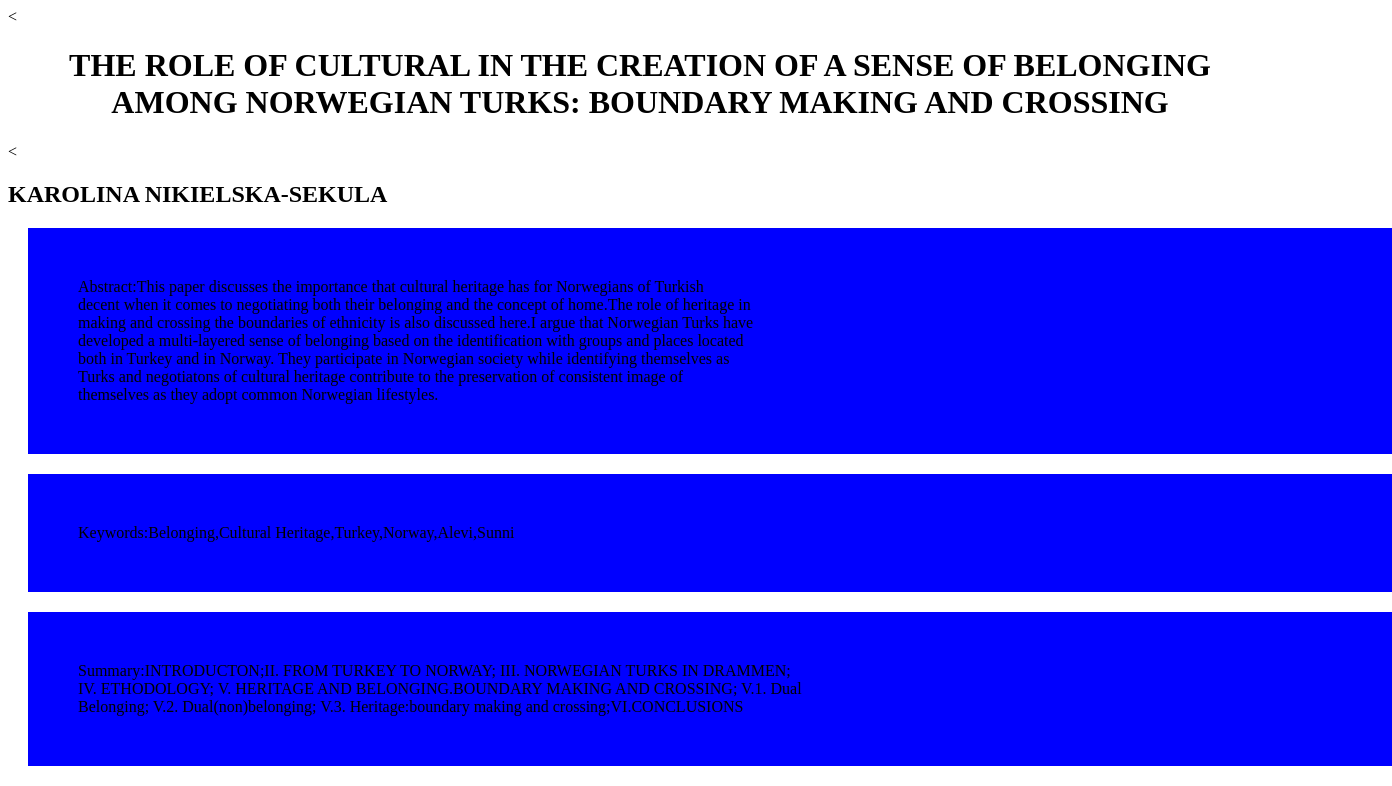
Repository: Pholi658/HTML-Task1
Page: Task2.html/No2.html
The author's editor kept a copy of each file at every save. The page is drawn from the files as they stood at one save, then again after the next save.
The browser window is 1280 px wide. The page is 1392 px wide, so the pictures cover 1392 px, including what lies to the right of the window. The pictures show the whole page.

Above is the page before, as saved 2024-10-17 14:27:33.

After the next save:
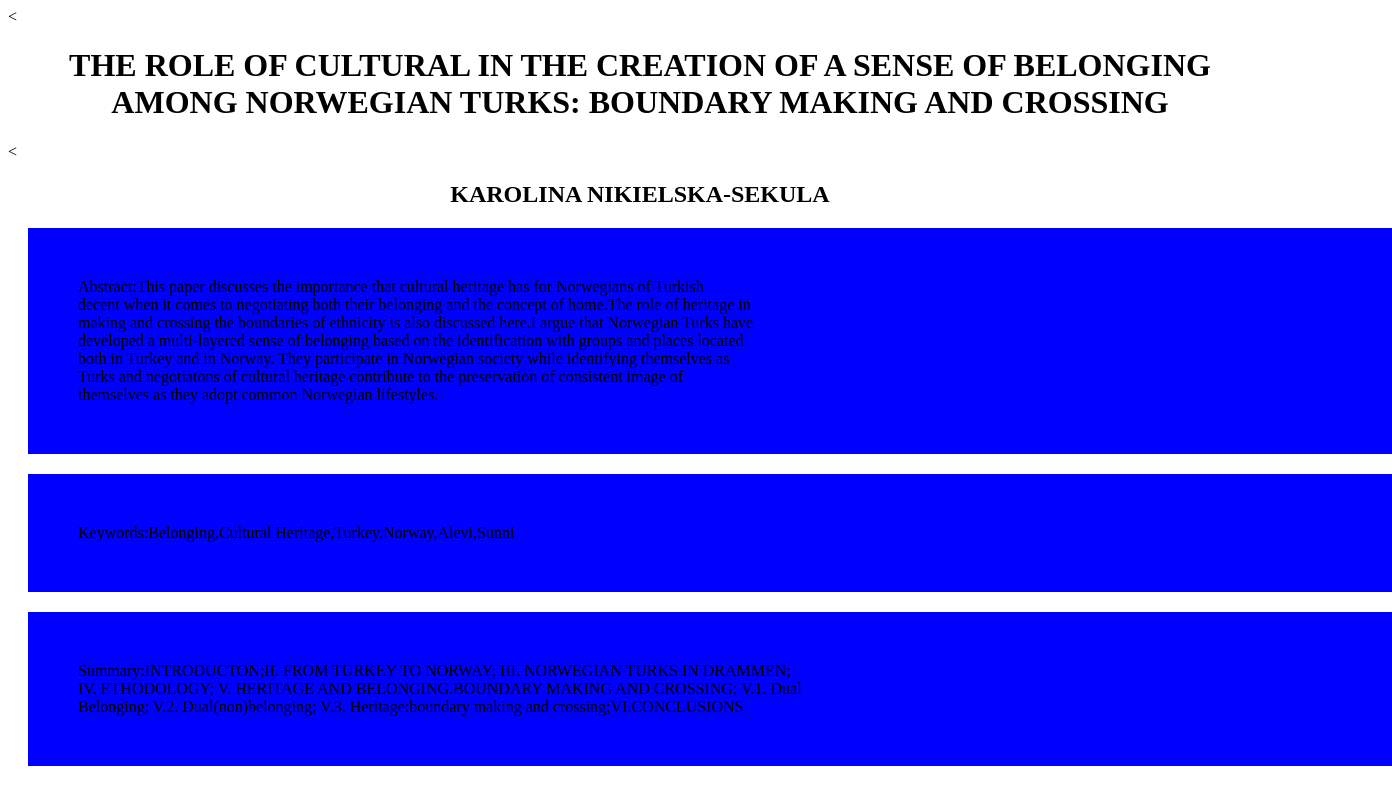
Saved 75 s later.
--- a/Task2.html/No2.html
+++ b/Task2.html/No2.html
@@ -3,7 +3,8 @@
 < <head>
     <title>no2 task</title>
     <style>
-        h1 {
+        h1,
+        h2 {
             text-align: center;
         }
 
